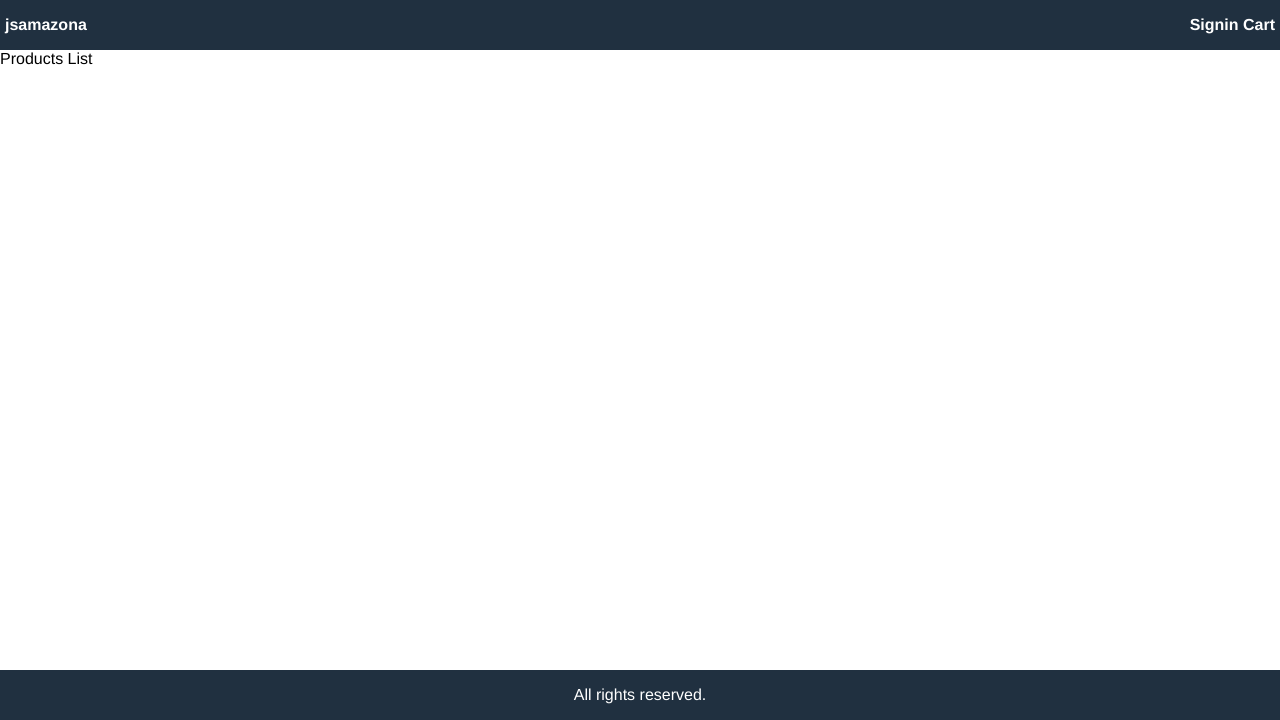
Repository: Mardoqueu/ecommerce-website
Page: jsamazona/frontend/src/index.html
The author's editor kept a copy of each file at every save. The page is drawn from the files as they stood at one save, then again after the next save.
The browser window is 1280 px wide. The pictures show the whole page.

Above is the page before, as saved 2022-09-12 10:08:33.

After the next save:
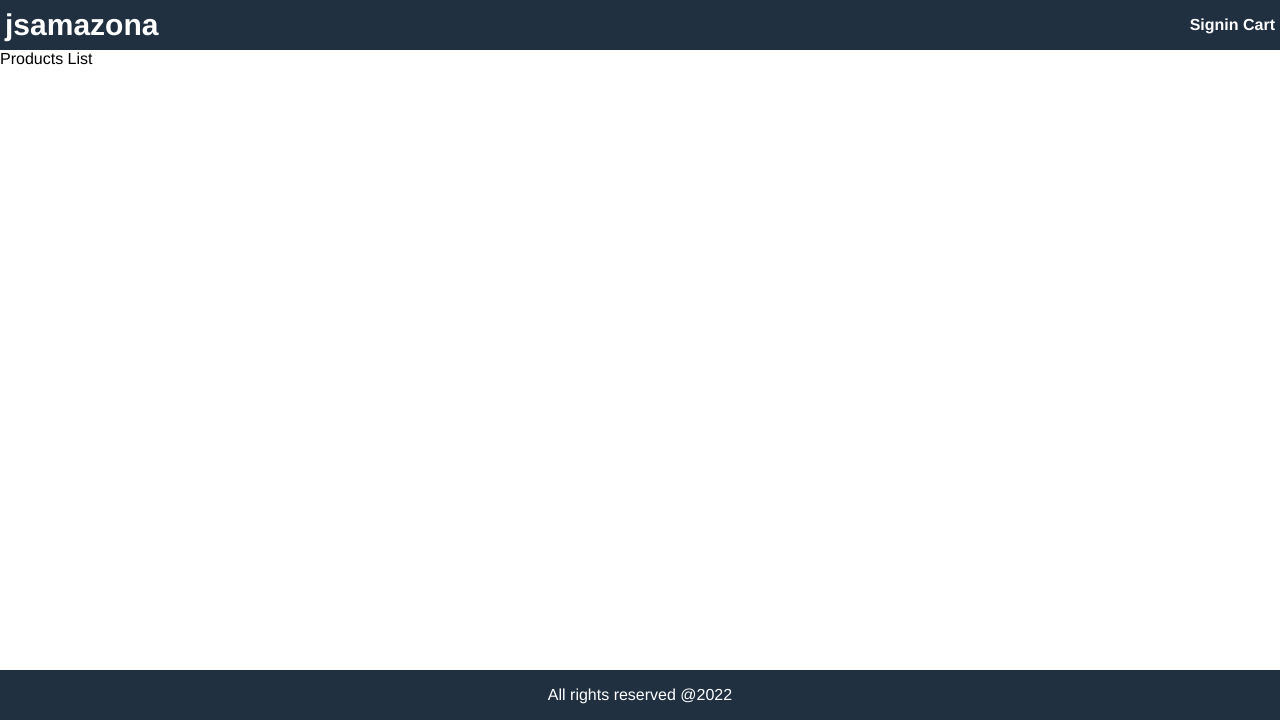
Saved 17 s later.
--- a/jsamazona/frontend/src/index.html
+++ b/jsamazona/frontend/src/index.html
@@ -10,7 +10,7 @@
   <body>
     <div class="grid-container">
       <header>
-        <div class="">
+        <div class="brand">
           <a href="/#/">jsamazona</a>
         </div>
         <div>
@@ -19,7 +19,7 @@
         </div>
       </header>
       <main>Products List</main>
-      <footer>All rights reserved.</footer>
+      <footer>All rights reserved @2022</footer>
     </div>
   </body>
 </html>
